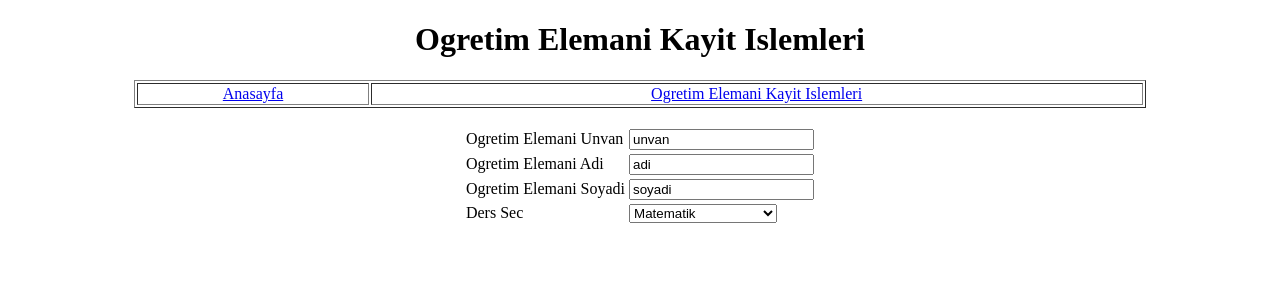
Repository: Egemen-ve-Burakhan-internet-final/final
Page: http://localhost/ogretim/ogretmen_kayit.jsp
The author's editor kept a copy of each file at every save. The page is drawn from the files as they stood at one save, then again after a run of saves.
The browser window is 1280 px wide. The pictures show the whole page.
The page is served by Tomcat 9. Other server files are loaded and not shown.

Above is the page before, as saved 2020-05-25 14:29:07.

### okul/ogretim/WebContent/ogretmen_kayit.jsp
<%@ page language="java" contentType="text/html; charset=ISO-8859-1"
    pageEncoding="ISO-8859-1"%>
<!DOCTYPE html>
<html>
<head>
<meta charset="ISO-8859-1">
<title>Insert title here</title>
</head>
<body>
	<div>
		<div>
			<h1 style="text-align:center">Ogretim Elemani Kayit Islemleri</h1>
		</div>
		<div>
			<table border=1px; width="80%" align= center>
				<tr>
					<td style="text-align:center"><a href="index.jsp">Anasayfa               </a></td>
					<td style="text-align:center"><a href="ogretmen_kayit.jsp">Ogretim Elemani Kayit Islemleri</a></td>
				</tr>
			</table>
		</div><br>

		<div>
			<form>
				<table  align= center>
					<tr>
						<td><label>Ogretim Elemani Unvan</label></td>
						<td><input type="text" name="unvan" value="unvan"></td>
					</tr>

					<tr>
						<td><label>Ogretim Elemani Adi</label></td>
						<td><input type="text" name="adi" value="adi"></td>
					</tr>

					<tr>
						<td><label>Ogretim Elemani Soyadi</label></td>
						<td><input type="text" name="soyadi" value="soyadi"></td>
					</tr>

					<tr>
						<td><label>Ders Sec</label></td>
						<td>
							<select name="ders" id="ders">
							    <option value="matematik">Matematik</option>
							    <option value="turkce">Turkce</option>
							    <option value="ingilizce">Ingilizce</option>
							    <option value="tarih">Tarih</option>
							    <option value="felsefe">Felsefe</option>
							    <option value="biyoloji">Biyoloji</option>
							    <option value="fizik">Fizik</option>
							    <option value="kimya">Kimya</option>
							    <option value="internet_programciligi">Internet Programciligi</option>
							    <option value="muzik">Muzik</option>
							    <option value="beden_egitimi">Beden Egitimi</option>
							    <option value="din_kulturu">Din Kulturu</option>
			 			 	</select>
			 			</td>
					</tr>
				</table>
			</form>
		</div>


	</div>
</body>
</html>

After the next 2 saves:
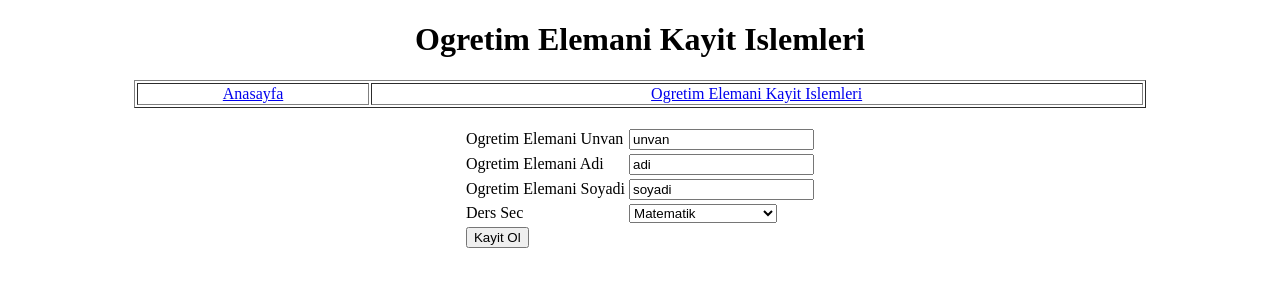
The 2 saves are shown as one change because they came seconds apart.
The last was saved 75 s later.
--- a/okul/ogretim/WebContent/ogretmen_kayit.jsp
+++ b/okul/ogretim/WebContent/ogretmen_kayit.jsp
@@ -57,6 +57,9 @@
 			 			 	</select>
 			 			</td>
 					</tr>
+					<tr>
+						<td colspan="2"><input type="button" name="buton" value="Kayit Ol"></td>
+					</tr>
 				</table>
 			</form>
 		</div>
